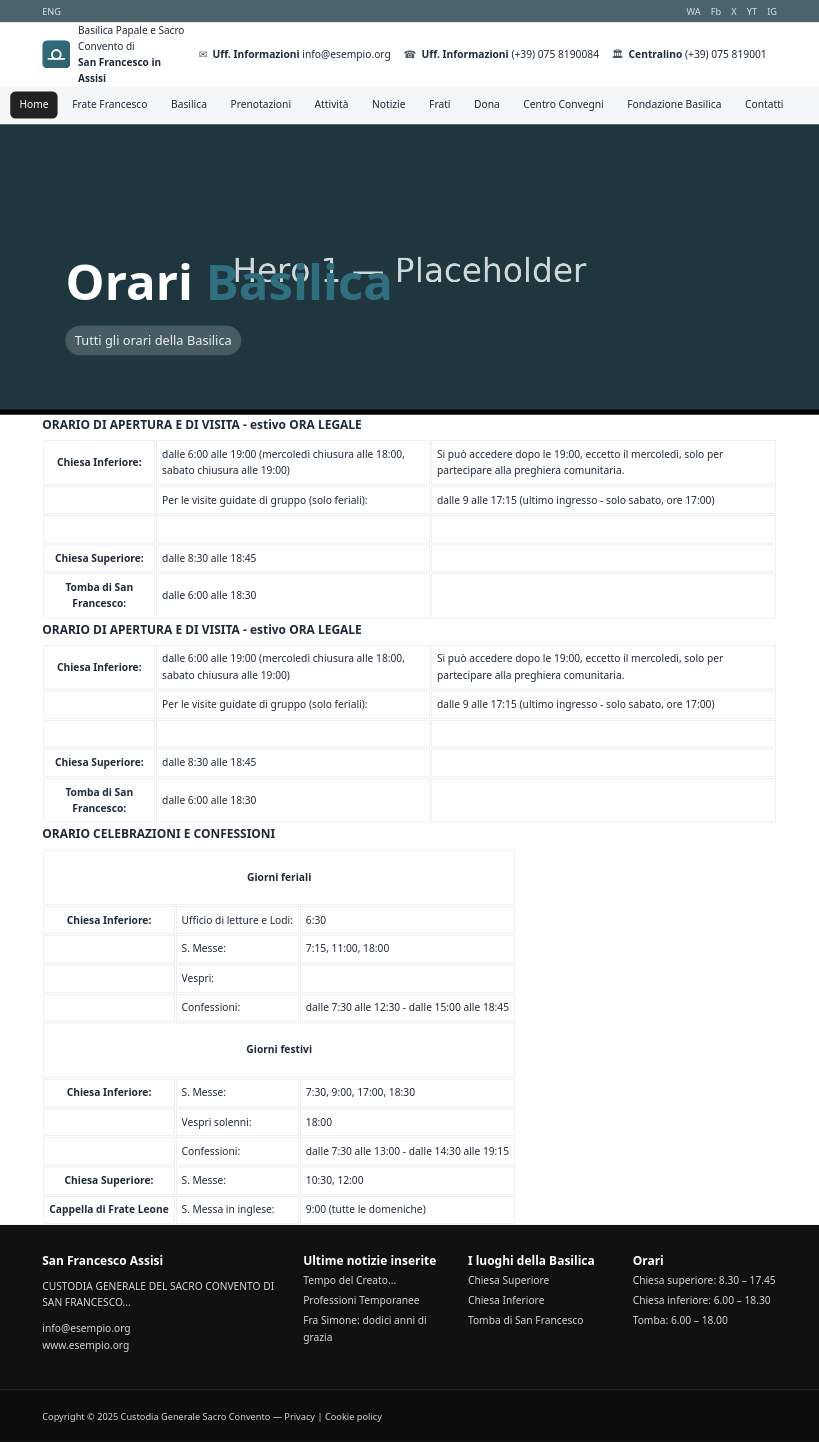
Repository: leacappello/basilica-platform-project
Page: pages/orari.html
An editor plug-in stored every save of this project. The page is shown before and after the next save, followed by the edit.
The browser window is 1280 px wide. The pictures show the whole page, at 64% of full size.

Above is the page before, as saved 2025-09-15 12:24:05.
Console error (its wording comes from the project's code and is left out).

After the next save:
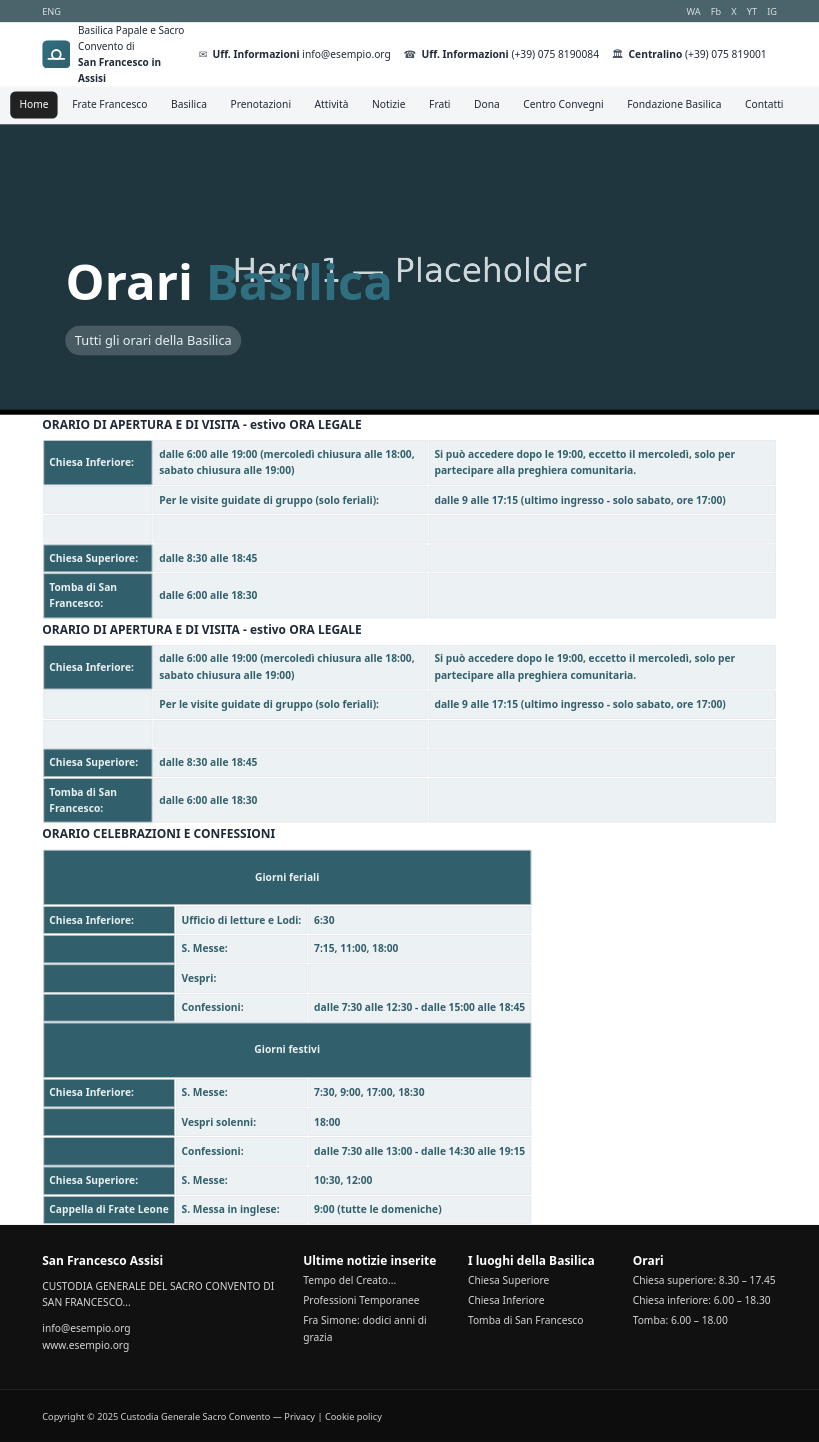
Saved 65 s later.
--- a/assets/styles.css
+++ b/assets/styles.css
@@ -225,4 +225,21 @@ a:hover{text-decoration:underline}
 
 }
 
+.orari th{
+  background:#315f6b;
+  color:#e9f1f3;
+  font-weight:600;
+  text-align:left;
+}
+
+.orari td{
+  background:#ecf1f3;
+  color:#315f6b;
+  font-weight:600;
+  text-align:left;
+}
+
+.orari tr:nth-child(even){
+  background:#ecf1f3;
+}
 /* ============== Tabella Orari ============== */
